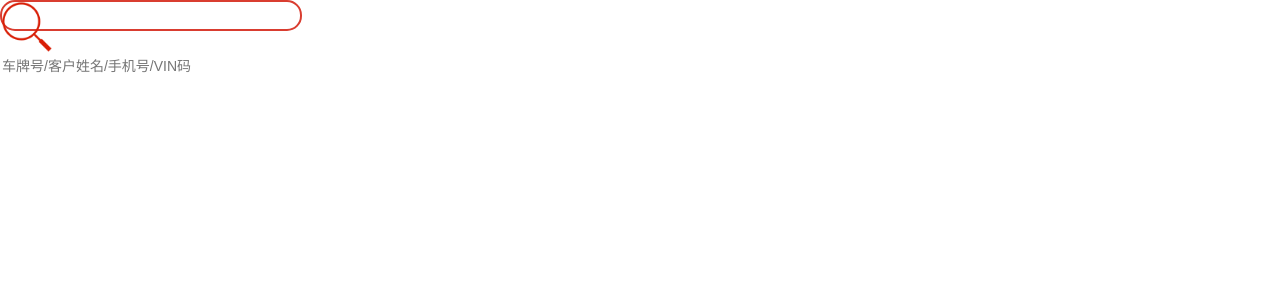
Repository: family-car/car
Page: deliverTask.html
The author's editor kept a copy of each file at every save. The page is drawn from the files as they stood at one save, then again after a run of saves.
The browser window is 1280 px wide. The pictures show the whole page.

Above is the page before, as saved 2020-05-12 10:46:21.
Not found: src/js/entry/deliverTask.js

### deliverTask.html
<!-- HTML5文件 -->
<!DOCTYPE html>
<html>
<head>
	<meta charset="utf-8" />
	<meta name="viewport" content="width=device-width,minimum-scale=1.0,maximum-scale=1.0,user-scalable=no"/>
	<meta content="telephone=no,email=no" name="format-detection">
	<meta name="wap-font-scale" content="no">
	<title>送车任务</title>
	<!-- ui框架引入css -->
	<link href="lib/weui/weui.min.css" rel="stylesheet" type="text/css" />
	<link href="lib/weui/jquery-weui.min.css" rel="stylesheet" type="text/css" />
	<!-- 公用样式css -->
	<link href="src/css/base.css" rel="stylesheet" type="text/css" />
	<!-- 界面引入css -->
  <link href="src/css/app/deliverTask.css" rel="stylesheet" type="text/css" />
  <!-- jquery引入 -->
  <script type="text/javascript" src="lib/jquery/jquery-2.1.4.min.js"></script>
  <script type="text/javascript" src="lib/unit.js"></script>
</head>
<body>

<div class="main bot44">
    <div class="taskSearch">
        <div class="searchInput cf">
            <div class="fl flex flex-center searchIcon"><img src="src/image/search.png"/></div>
            <input type="text" placeholder="车牌号/客户姓名/手机号/VIN码" class="fl"/>
        </div>
    </div>

</div>

<!-- jquery引入 -->
<script type="text/javascript" src="lib/jquery/swiper.js"></script>
<script type="text/javascript" src="src/js/entry/deliverTask.js"></script>
</body>
</html>

### src/css/base.css
*,
*:after,
*:before {
    -webkit-box-sizing: border-box;
    box-sizing: border-box;
}
[v-cloak] {
  display: none;
}
a,
blockquote,
body,
code,
dd,
div,
dl,
dt,
em,
fieldset,
form,
h1,
h2,
h3,
h4,
h5,
h6,
iframe,
img,
input,
label,
li,
object,
ol,
p,
q,
small,
span,
strong,
table,
tbody,
td,
th,
tr,
ul {
    margin: 0;
    padding: 0;
    border: 0;
}
input{
	outline: none;
}
body,
html {
    width: 100%;
}

body {
    margin: 0 auto;
    line-height: 1;
    font-size: 14px;
    font-family: 'STHeiti', 'Microsoft YaHei', Helvetica, Arial, sans-serif;
    -webkit-text-size-adjust: none;
    -webkit-tap-highlight-color: rgba(0, 0, 0, 0);
}

h1,
h2,
h3,
h4,
h5,
h6 {
    font-size: .28rem;
    font-weight: normal;
}

a,
a:active,
a:focus,
a:hover,
a:visited {
    text-decoration: none;
    color: #393939;
}

a,
img {
    -webkit-touch-callout: none;
}

li,
ol,
ul {
    list-style: none;
}

input[type="password"],
input[type="tel"],
input[type="text"],
select,
textarea {
    display: block;
    width: 100%;
    line-height: 1.2;
    font-size:14px;
    resize: none;
    outline: 0;
    vertical-align: middle;
    background-color: #fff;
    background-image: none;
    border: 0;
    white-space: pre-wrap;
    word-wrap: break-word;
    -webkit-appearance: none;
}

p {
    background-color: transparent;
    word-break: break-all;
}

em,
i {
    font-style: normal;
}
@font-face {
    font-family: 'iconfont';
    src: url("../font/icomoon.eot");
    src: url("../font/icomoon.eot?#iefix") format("embedded-opentype"), url("../font/icomoon.ttf") format("truetype"), url("../font/icomoon.svg#iconfont") format("svg");
}

html {
    background: #fff;
}

body {
    background: #fff;
    color: #000;
}

.fl {
    float: left;
}

.fr {
    float: right;
}

.cf:after {
    display: block;
    clear: both;
    content: "";
    visibility: hidden;
    height: 0;
}

.tr {
    text-align: right;
}

.tc {
    text-align: center;
}

.td-underline {
    text-decoration: underline;
}

.tm {
    vertical-align: middle;
}
.boxSizing{
    box-sizing:border-box;
    -moz-box-sizing:border-box; /* Firefox */
    -webkit-box-sizing:border-box;
}

.flex {
    display: -webkit-box !important;
    display: -webkit-flex !important;
    display: -ms-flexbox !important;
    display: flex !important;
    -webkit-flex-wrap: wrap;
    -ms-flex-wrap: wrap;
    flex-wrap: wrap;
}

.flex .cell {
    -webkit-box-flex: 1;
    -webkit-flex: 1;
    -ms-flex: 1;
    flex: 1;
    width: 0;
    -webkit-flex-basis: 0;
    -ms-flex-preferred-size: 0;
    flex-basis: 0;
    max-width: 100%;
    display: block;
    padding: 0 !important;
    position: relative;
}
.flex .cell2{
    -webkit-box-flex: 2;
    -webkit-flex: 2;
    -ms-flex: 2;
    flex: 2;
}


.flex .cell.hide {
    display: none;
}

.flex .flex-130 {
    -webkit-box-flex: 150!important;
    -webkit-flex: 130!important;
    -ms-flex: 130!important;
    flex: 130!important;
}

.flex .flex-200 {
    -webkit-box-flex: 200!important;
    -webkit-flex: 200!important;
    -ms-flex: 200!important;
    flex: 200!important;
}

.flex-center {
    -webkit-box-pack: center;
    -webkit-justify-content: center;
    justify-content: center;
    -webkit-box-align: center;
    -webkit-align-items: center;
    align-content: center;
}
.flex-between {
    -webkit-box-pack: center;
    -webkit-justify-content: space-between;
    justify-content: space-between;
    -webkit-box-align: center;
    -webkit-align-items: center;
    align-content: center;
}

.img-responsive {
    display: inline-block;
    width: 100%;
}

.bg-white {
    background: #fff;
}

.bg-orange {
    background: #fa462d;
}

.bg-blue {
    background: #246EBE;
}
.bg-green{color:#0BA66D;}
.bg-light-green{color:#56dfb3;}
.bg-gray {
    background: #f3f4f6;
}

.bg-light-yellow {
    background: #fbf8ec;
}

.bg-disabled {
    background: #9d9d9d;
}

.color-blue {
    color: #246EBE;
}

.color-muted {
    color: #9d9d9d;
}

.color-orange {
    color: #fa462d;
}

.color-white {
    color: #fff;
}

.color-gray {
    color: #848689;
}
.color-green{color:#0BA66D;}
.color-light-green{color:#56dfb3;}
.color-red{color:#f23030;}
.color-block{color:#393939;}

.relative {
    position: relative;
}

.overflow {
    overflow: hidden;
}

.ellipsis {
    white-space: nowrap;
    overflow: hidden;
    text-overflow: ellipsis;
}

.clamp {
    display: -webkit-box;
    overflow: hidden;
    text-overflow: ellipsis;
    -webkit-line-clamp: 2;
    -webkit-box-orient: vertical;
}

.animate {
    -webkit-animation-play-state: paused;
}

.hide {
    display: none;
}

.footbar-default .coagent span:before,
.iconfont,
.panel-selector .list li .fr:after,
.select:before {
    font-family: "iconfont" !important;
    font-size: .28rem;
    font-style: normal;
    -webkit-font-smoothing: antialiased;
    -webkit-text-stroke-width: 2px;
    -moz-osx-font-smoothing: grayscale;
}
.btn {
    display: inline-block;
    padding: .18rem .2rem;
    vertical-align: middle;
    font-size: .26rem;
    font-weight: normal;
    line-height: 1;
    text-align: center;
    white-space: nowrap;
    background-image: none;
    border: 1px solid transparent;
    border-radius: .06rem;
    cursor: pointer;
    outline: 0;
    -webkit-appearance: none;
    -webkit-user-select: none;
    -moz-user-select: none;
    -ms-user-select: none;
    user-select: none;
}

.btn-default {
    color: #393939;
    background-color: #fff;
    border-color: #ccc;
}

.btn-primary {
    color: #fff;
    background-color: #0ba66d;
    border-color: #0ba66d;
}

.btn-primary-outline {
    color: #0ba66d;
    background-color: #fff;
    border-color: #0ba66d;
}

.btn-default-outline {
    color: #393939;
    background-color: #fff;
    border-color: #d7d7d7;
}

.btn-disabled {
    color: #fff;
    background-color: #9d9d9d;
    border-color: #9d9d9d;
}

.btn-block {
    display: block;
    width: 100%;
    padding-left: 0;
    padding-right: 0;
}

.btn-primary:active {
    color: #fff;
    background-color: #0ba66d;
    border-color: #0ba66d;
}

.btn-disabled:active {
    color: #fff;
    background-color: #9d9d9d;
    border-color: #9d9d9d;
}

.btn-default:active {
    color: #393939;
    background-color: #d7d7d7;
    border-color: #d7d7d7;
}

.btn-search {
    padding: .06rem .1rem;
    margin-left: .05rem;
    line-height: .4rem;
}

.pd8 {
    padding-right: .8rem;
    padding-left: .8rem;
}

.badge-outline {
    background: #fff;
    border: 1px solid #0ba66d;
    color: #0ba66d;
}

.no_info {
    color: #9d9d9d;
    line-height: 2.2rem;
    text-align: center;
}

.footbar {
    position: fixed;
    left: 0;
    right: 0;
    bottom: 0;
    z-index: 999999;
}
.footbar-default {
    height: 1.01rem;
    background-color: #fff;
    border-top: 1px solid #d7d7d7;
}
/*字体*/
.icon-detail:before {
    content: '\e93b';
}
.icon-floder:before {
    content: '\e91b';
}
.icon-home:before {
    content: '\e901';
}
.icon-order:before {
    content: '\e908';
}
.icon-mine:before {
    content: '\e905';
}
.icon-upload::before{
    content: '\e91c';
}
.icon-add::before{
    content: '\e91e';
}
.icon-detele::before{
    content: '\e920';
}
.icon-warn::before{
    content: '\e91a';
}
.icon-arrow::before{
    content:'\e916'
}
.icon-course::before{
    content:'\e908'
}

 #loading{
     position:fixed;
     top:0;left:0;
     width:100%;height:100%;
     background: rgba(0,0,0,.7);
     z-index:999;
}
 #loading .loader-01{
     position:absolute;top:50%;left:50%;
     width:60px;height:60px;
     margin-top:-30px;
     margin-left:-30px;
     color: #fff;
}
/*button*/
.vehicleEntry_btn{
    color: #F12222;
    width: 206px;
    height: 30px;
    background: #F12222;
    border-radius: 15px;
    color: #fff;
    text-align: center;
    line-height: 30px;
    margin: 0 auto;
    margin-bottom: 20px;
}

### src/css/app/deliverTask.css
.taskSearch{
    background: #fff;
}
.searchInput{
    width: 302px;
    height: 31px;
    border:2px solid #D93D30;
    border-radius: 15px;
}
.searchInput span{
    display: block;
    width: 38px;
}
.searchInput span img{
   width: 16px;
}
.searchInput input{
    width: 260px;
    height: 27px;
    border-radius: 15px;
}

Loaded but not shown: lib/weui/weui.min.css (library); lib/weui/jquery-weui.min.css (library); lib/jquery/jquery-2.1.4.min.js (library); lib/unit.js (library); lib/jquery/swiper.js (library)

After the next 2 saves:
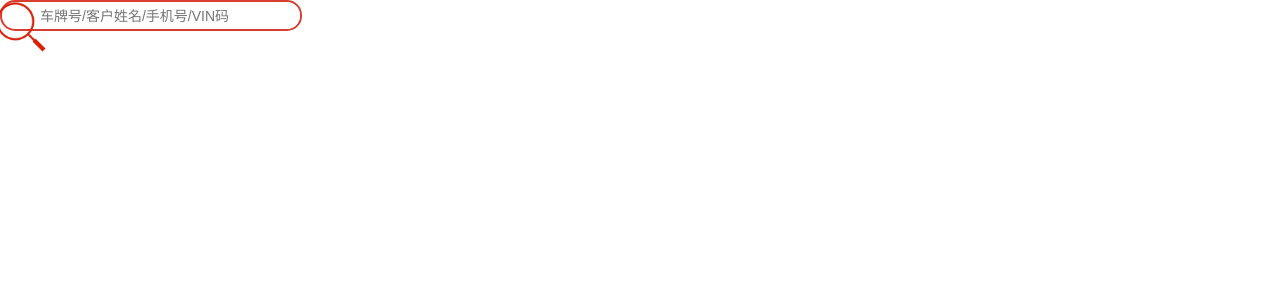
The 2 saves are shown as one change because they came seconds apart.
The last was saved 9 s later.
--- a/src/css/app/deliverTask.css
+++ b/src/css/app/deliverTask.css
@@ -7,8 +7,7 @@
     border:2px solid #D93D30;
     border-radius: 15px;
 }
-.searchInput span{
-    display: block;
+.searchInput .searchIcon{
     width: 38px;
 }
 .searchInput span img{
